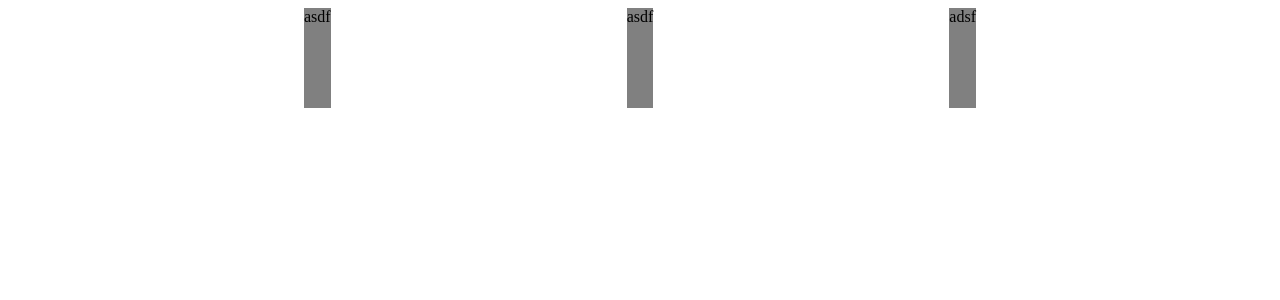
Repository: ervinne13/gg-basic-web-frontend-development
Page: modules/css/long-samples/grid-system-1.html
The author's editor kept a copy of each file at every save. The page is drawn from the files as they stood at one save, then again after the next save.
The browser window is 1280 px wide. The pictures show the whole page.

Above is the page before, as saved 2019-07-04 17:05:10.

### modules/css/long-samples/grid-system-1.html
<html>
    <head>
        <style>
            .container {
                max-width: 1335px;
                margin: 0 auto;
            }

            .container .row {
                display: flex;
                justify-content: space-evenly;
            }

            /* .container .row .col {
                background-color: grey;
                min-height: 100px;
            } */

            .box {
                background-color: grey;
                width: 100%;
                min-height: 100px;;
            }
        </style>
    </head>
    <body>
        <div class="container">
            <div class="row">
                <div class="col">
                    <div class="box">asdf</div>
                </div>
                <div class="col">
                    <div class="box">asdf</div>
                </div>
                <div class="col">
                    <div class="box">adsf</div>
                </div>
            </div>
        </div>
    </body>
</html>

After the next save:
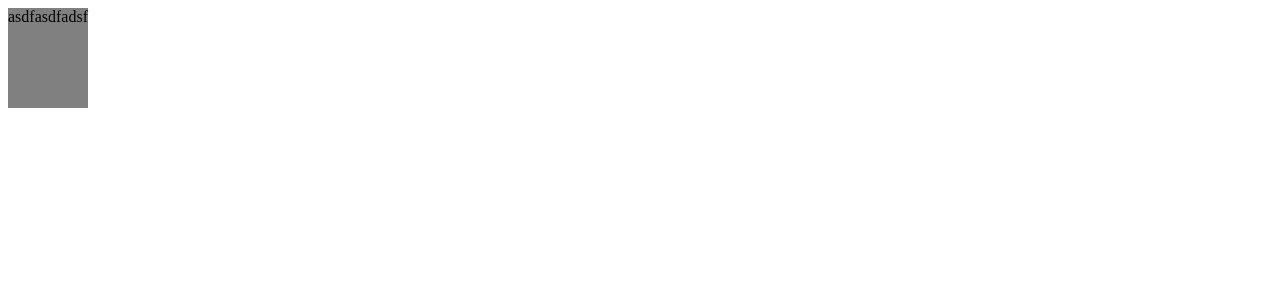
Saved 37 min 56 s later.
--- a/modules/css/long-samples/grid-system-1.html
+++ b/modules/css/long-samples/grid-system-1.html
@@ -8,7 +8,8 @@
 
             .container .row {
                 display: flex;
-                justify-content: space-evenly;
+                flex-flow: row wrap;
+                justify-content: flex-start;
             }
 
             /* .container .row .col {
